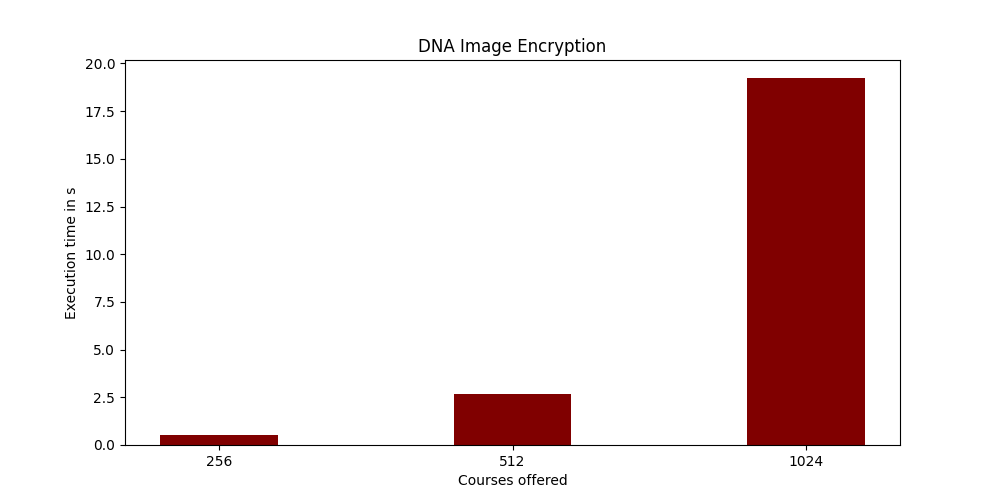
Repository: vishalsinghhh/DNA-cryptography-Project
Script's output: python DNA/Graphs.py
These files come from the project's save history. The script's output is drawn as it stood at one moment and after the next save; the edit follows.
Random numbers start from a fixed seed.

Above is the script's output before, as saved 2023-04-11 03:38:31.

After the next save:
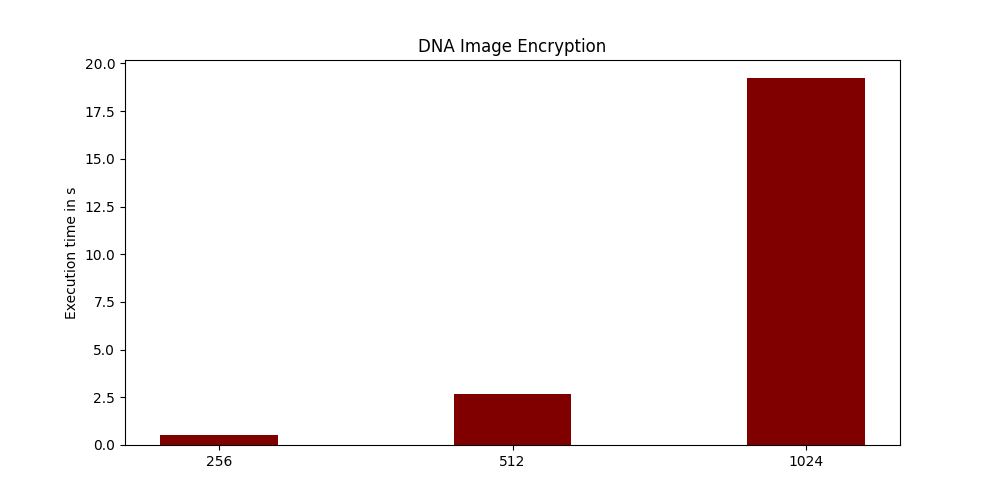
Saved 4 s later.
--- a/DNA/Graphs.py
+++ b/DNA/Graphs.py
@@ -13,7 +13,7 @@ fig = plt.figure(figsize = (10, 5))
 plt.bar(courses, values, color ='maroon',
         width = 0.4)
 
-plt.xlabel("Courses offered")
+plt.xlabel("")
 plt.ylabel("Execution time in s")
 plt.title("DNA Image Encryption")
 plt.show()
